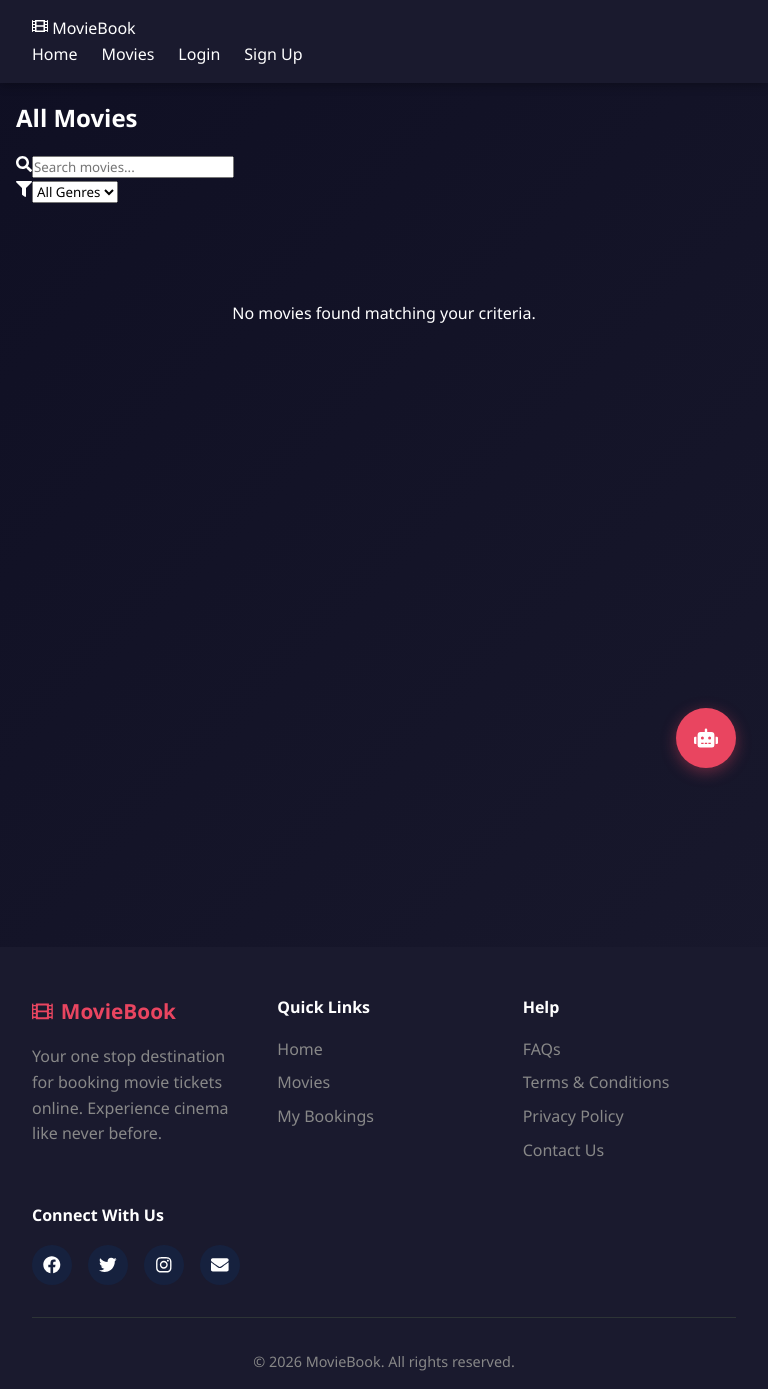
Repository: adithya11sci/movie_ticket_bookings
Page: /movies (app in frontend/)
These files come from the project's save history. The page is drawn as it stood at one moment and after the next save; the edit follows.
The browser window is 768 px wide. The pictures show the whole page.
The page's requests for data from a server got no answer. The project was rebuilt for these pictures with package versions that can differ from the ones it lists, and the page was loaded fresh each time. No one was signed in, and anything a server would have sent is missing. Also part of the build but not shown: frontend/vite.config.js, frontend/src/components/MovieCard.css, frontend/src/components/MovieCard.jsx, frontend/src/pages/Home.jsx, frontend/src/pages/Auth.css, frontend/src/pages/Login.jsx, frontend/src/pages/Register.jsx, frontend/src/pages/MovieDetails.css and 17 more.

Above is the page before, as saved 2026-02-02 12:07:03.

### frontend/index.html
<!doctype html>
<html lang="en">
  <head>
    <meta charset="UTF-8" />
    <link rel="icon" href="data:[embedded picture, 141 characters]" />
    <meta name="viewport" content="width=device-width, initial-scale=1.0" />
    <title>MovieBook - Book Movie Tickets Online</title>
  </head>
  <body>
    <div id="root"></div>
    <script type="module" src="/src/main.jsx"></script>
  </body>
</html>

### frontend/src/index.css
* {
    margin: 0;
    padding: 0;
    box-sizing: border-box;
}

body {
    font-family: 'Segoe UI', Tahoma, Geneva, Verdana, sans-serif;
    background: #0f0f23;
    color: #fff;
    line-height: 1.6;
}

a {
    text-decoration: none;
    color: inherit;
}

button {
    cursor: pointer;
    font-family: inherit;
}

input, select, textarea {
    font-family: inherit;
}

### frontend/src/App.jsx
import { BrowserRouter as Router, Routes, Route } from 'react-router-dom';
import { ToastContainer } from 'react-toastify';
import 'react-toastify/dist/ReactToastify.css';
import { AuthProvider } from './context/AuthContext';

// Components
import Navbar from './components/Navbar';
import Footer from './components/Footer';
import Chatbot from './components/Chatbot';

// Pages
import Home from './pages/Home';
import Movies from './pages/Movies';
import Login from './pages/Login';
import Register from './pages/Register';
import MovieDetails from './pages/MovieDetails';
import BookingPage from './pages/BookingPage';
import PaymentPage from './pages/PaymentPage';
import MyBookings from './pages/MyBookings';

// Admin Pages
import AdminDashboard from './pages/admin/AdminDashboard';
import ManageMovies from './pages/admin/ManageMovies';
import ManageTheaters from './pages/admin/ManageTheaters';
import ManageShowtimes from './pages/admin/ManageShowtimes';
import ManageBookings from './pages/admin/ManageBookings';
import ManageUsers from './pages/admin/ManageUsers';

import './App.css';

function App() {
    return (
        <AuthProvider>
            <Router>
                <div className="app">
                    <Navbar />
                    <main>
                        <Routes>
                            <Route path="/" element={<Home />} />
                            <Route path="/login" element={<Login />} />
                            <Route path="/register" element={<Register />} />
                            <Route path="/movie/:id" element={<MovieDetails />} />
                            <Route path="/movies" element={<Movies />} />
                            <Route path="/booking/:showtimeId" element={<BookingPage />} />
                            <Route path="/payment/:bookingId" element={<PaymentPage />} />
                            <Route path="/my-bookings" element={<MyBookings />} />

                            {/* Admin Routes */}
                            <Route path="/admin" element={<AdminDashboard />} />
                            <Route path="/admin/movies" element={<ManageMovies />} />
                            <Route path="/admin/theaters" element={<ManageTheaters />} />
                            <Route path="/admin/showtimes" element={<ManageShowtimes />} />
                            <Route path="/admin/bookings" element={<ManageBookings />} />
                            <Route path="/admin/users" element={<ManageUsers />} />
                        </Routes>
                    </main>
                    <Footer />
                    <Chatbot />
                    <ToastContainer
                        position="top-right"
                        autoClose={3000}
                        theme="dark"
                    />
                </div>
            </Router>
        </AuthProvider>
    );
}

export default App;

### frontend/src/context/AuthContext.jsx
import { createContext, useState, useEffect } from 'react';

export const AuthContext = createContext();

export const AuthProvider = ({ children }) => {
    const [user, setUser] = useState(null);
    const [loading, setLoading] = useState(true);

    // check if user is already logged in
    useEffect(() => {
        const storedUser = localStorage.getItem('user');
        if (storedUser) {
            setUser(JSON.parse(storedUser));
        }
        setLoading(false);
    }, []);

    // login function
    const login = (userData) => {
        setUser(userData);
        localStorage.setItem('user', JSON.stringify(userData));
    };

    // logout function
    const logout = () => {
        setUser(null);
        localStorage.removeItem('user');
    };

    return (
        <AuthContext.Provider value={{ user, login, logout, loading }}>
            {children}
        </AuthContext.Provider>
    );
};

### frontend/src/components/Navbar.jsx
import { Link, useNavigate } from 'react-router-dom';
import { useContext } from 'react';
import { AuthContext } from '../context/AuthContext';
import { FaFilm, FaUser, FaSignOutAlt } from 'react-icons/fa';
import './Navbar.css';

const Navbar = () => {
    const { user, logout } = useContext(AuthContext);
    const navigate = useNavigate();

    const handleLogout = () => {
        logout();
        navigate('/');
    };

    return (
        <nav className="navbar">
            <div className="nav-container">
                <Link to="/" className="nav-logo">
                    <FaFilm /> MovieBook
                </Link>

                <div className="nav-links">
                    <Link to="/" className="nav-link">Home</Link>
                    <Link to="/movies" className="nav-link">Movies</Link>

                    {user ? (
                        <>
                            <Link to="/my-bookings" className="nav-link">My Bookings</Link>
                            {user.role === 'admin' && (
                                <Link to="/admin" className="nav-link">Admin</Link>
                            )}
                            <div className="user-menu">
                                <span className="user-name">
                                    <FaUser /> {user.name}
                                </span>
                                <button onClick={handleLogout} className="logout-btn">
                                    <FaSignOutAlt /> Logout
                                </button>
                            </div>
                        </>
                    ) : (
                        <>
                            <Link to="/login" className="nav-link">Login</Link>
                            <Link to="/register" className="nav-link btn-register">Sign Up</Link>
                        </>
                    )}
                </div>
            </div>
        </nav>
    );
};

export default Navbar;

### frontend/src/components/Footer.jsx
import { Link } from 'react-router-dom';
import { FaFilm, FaFacebook, FaTwitter, FaInstagram, FaEnvelope } from 'react-icons/fa';
import './Footer.css';

const Footer = () => {
    return (
        <footer className="footer">
            <div className="footer-container">
                <div className="footer-section">
                    <h3><FaFilm /> MovieBook</h3>
                    <p>Your one stop destination for booking movie tickets online. Experience cinema like never before.</p>
                </div>

                <div className="footer-section">
                    <h4>Quick Links</h4>
                    <ul>
                        <li><Link to="/">Home</Link></li>
                        <li><Link to="/movies">Movies</Link></li>
                        <li><Link to="/my-bookings">My Bookings</Link></li>
                    </ul>
                </div>

                <div className="footer-section">
                    <h4>Help</h4>
                    <ul>
                        <li><a href="#">FAQs</a></li>
                        <li><a href="#">Terms & Conditions</a></li>
                        <li><a href="#">Privacy Policy</a></li>
                        <li><a href="#">Contact Us</a></li>
                    </ul>
                </div>

                <div className="footer-section">
                    <h4>Connect With Us</h4>
                    <div className="social-links">
                        <a href="#"><FaFacebook /></a>
                        <a href="#"><FaTwitter /></a>
                        <a href="#"><FaInstagram /></a>
                        <a href="#"><FaEnvelope /></a>
                    </div>
                </div>
            </div>

            <div className="footer-bottom">
                <p>&copy; 2026 MovieBook. All rights reserved.</p>
            </div>
        </footer>
    );
};

export default Footer;

### frontend/src/pages/Movies.jsx
import { useState, useEffect } from 'react';
import API from '../api/axios';
import MovieCard from '../components/MovieCard';
import { FaSearch, FaFilter } from 'react-icons/fa';
import './Movies.css';

const Movies = () => {
    const [movies, setMovies] = useState([]);
    const [filteredMovies, setFilteredMovies] = useState([]);
    const [loading, setLoading] = useState(true);
    const [searchQuery, setSearchQuery] = useState('');
    const [selectedGenre, setSelectedGenre] = useState('all');
    const [genres, setGenres] = useState([]);

    useEffect(() => {
        fetchMovies();
    }, []);

    const fetchMovies = async () => {
        try {
            const res = await API.get('/movies');
            setMovies(res.data);
            setFilteredMovies(res.data);

            // extract unique genres from movies
            const allGenres = res.data.flatMap(m => m.genre || []);
            const uniqueGenres = [...new Set(allGenres)];
            setGenres(uniqueGenres);
        } catch (error) {
            console.log('Error:', error);
        } finally {
            setLoading(false);
        }
    };

    // filter movies when search or genre changes
    useEffect(() => {
        let result = movies;

        // filter by search
        if (searchQuery) {
            result = result.filter(m =>
                m.title.toLowerCase().includes(searchQuery.toLowerCase())
            );
        }

        // filter by genre
        if (selectedGenre !== 'all') {
            result = result.filter(m =>
                m.genre?.includes(selectedGenre)
            );
        }

        setFilteredMovies(result);
    }, [searchQuery, selectedGenre, movies]);

    return (
        <div className="movies-page">
            <div className="movies-header">
                <h1>All Movies</h1>

                <div className="filters">
                    <div className="search-box">
                        <FaSearch />
                        <input
                            type="text"
                            placeholder="Search movies..."
                            value={searchQuery}
                            onChange={(e) => setSearchQuery(e.target.value)}
                        />
                    </div>

                    <div className="genre-filter">
                        <FaFilter />
                        <select
                            value={selectedGenre}
                            onChange={(e) => setSelectedGenre(e.target.value)}
                        >
                            <option value="all">All Genres</option>
                            {genres.map(genre => (
                                <option key={genre} value={genre}>{genre}</option>
                            ))}
                        </select>
                    </div>
                </div>
            </div>

            {loading ? (
                <div className="loading">Loading movies...</div>
            ) : filteredMovies.length > 0 ? (
                <div className="movies-grid">
                    {filteredMovies.map(movie => (
                        <MovieCard key={movie._id} movie={movie} />
                    ))}
                </div>
            ) : (
                <div className="no-movies">
                    <p>No movies found matching your criteria.</p>
                </div>
            )}
        </div>
    );
};

export default Movies;

### frontend/src/App.css
/* Global App Styles */
.app {
    min-height: 100vh;
    background: linear-gradient(135deg, #0f0f23 0%, #1a1a2e 100%);
}

main {
    min-height: calc(100vh - 70px);
}

/* Loading and Error Pages */
.loading-page, .error-page {
    display: flex;
    align-items: center;
    justify-content: center;
    height: 50vh;
    color: #888;
    font-size: 1.2rem;
}

/* Scrollbar Styles */
::-webkit-scrollbar {
    width: 8px;
}

::-webkit-scrollbar-track {
    background: #1a1a2e;
}

::-webkit-scrollbar-thumb {
    background: #e94560;
    border-radius: 5px;
}

### frontend/src/components/Navbar.css
.navbar {
    background: #1a1a2e;
    padding: 1rem 2rem;
    display: flex;
    justify-content: space-between;
    align-items: center;
    position: sticky;
    top: 0;
    z-index: 100;
    box-shadow: 0 2px 10px rgba(0, 0, 0, 0.3);
}

.nav-brand a {
    color: #e94560;
    font-size: 1.5rem;
    font-weight: bold;
}

.nav-search {
    flex: 1;
    max-width: 400px;
    margin: 0 2rem;
    position: relative;
}

.nav-search input {
    width: 100%;
    padding: 0.7rem 1rem 0.7rem 2.5rem;
    border: none;
    border-radius: 25px;
    background: #16213e;
    color: #fff;
    font-size: 0.9rem;
}

.nav-search input::placeholder {
    color: #888;
}

.nav-search i {
    position: absolute;
    left: 1rem;
    top: 50%;
    transform: translateY(-50%);
    color: #888;
}

.nav-links {
    display: flex;
    align-items: center;
    gap: 1.5rem;
}

.nav-links a {
    color: #fff;
    transition: color 0.3s;
}

.nav-links a:hover {
    color: #e94560;
}

.nav-links .admin-link {
    background: #e94560;
    padding: 0.5rem 1rem;
    border-radius: 5px;
}

.nav-links .admin-link:hover {
    background: #ff6b6b;
    color: #fff;
}

/* Search Results Dropdown */
.search-results {
    position: absolute;
    top: 100%;
    left: 0;
    right: 0;
    background: #1a1a2e;
    border-radius: 10px;
    margin-top: 0.5rem;
    max-height: 400px;
    overflow-y: auto;
    box-shadow: 0 5px 20px rgba(0, 0, 0, 0.5);
    z-index: 1000;
}

.search-result-item {
    display: flex;
    align-items: center;
    gap: 1rem;
    padding: 0.8rem 1rem;
    cursor: pointer;
    transition: background 0.3s;
}

.search-result-item:hover {
    background: #16213e;
}

.search-result-item img {
    width: 40px;
    height: 60px;
    object-fit: cover;
    border-radius: 5px;
}

.search-result-info h4 {
    color: #fff;
    font-size: 0.9rem;
    margin-bottom: 0.2rem;
}

.search-result-info p {
    color: #888;
    font-size: 0.75rem;
}

.no-results {
    padding: 1rem;
    text-align: center;
    color: #888;
}

@media (max-width: 768px) {
    .navbar {
        flex-wrap: wrap;
        gap: 1rem;
    }

    .nav-search {
        order: 3;
        max-width: 100%;
        margin: 0;
        width: 100%;
    }
}

### frontend/src/components/Footer.css
.footer {
    background: #1a1a2e;
    padding: 3rem 2rem 1rem;
    margin-top: 4rem;
}

.footer-container {
    max-width: 1200px;
    margin: 0 auto;
    display: grid;
    grid-template-columns: repeat(auto-fit, minmax(200px, 1fr));
    gap: 2rem;
}

.footer-section h3 {
    color: #e94560;
    font-size: 1.3rem;
    margin-bottom: 1rem;
    display: flex;
    align-items: center;
    gap: 0.5rem;
}

.footer-section h4 {
    color: #fff;
    margin-bottom: 1rem;
}

.footer-section p {
    color: #888;
    line-height: 1.6;
}

.footer-section ul {
    list-style: none;
}

.footer-section ul li {
    margin-bottom: 0.5rem;
}

.footer-section ul li a {
    color: #888;
    text-decoration: none;
    transition: color 0.3s;
}

.footer-section ul li a:hover {
    color: #e94560;
}

.social-links {
    display: flex;
    gap: 1rem;
}

.social-links a {
    width: 40px;
    height: 40px;
    background: #16213e;
    color: #fff;
    border-radius: 50%;
    display: flex;
    align-items: center;
    justify-content: center;
    font-size: 1.1rem;
    transition: all 0.3s;
}

.social-links a:hover {
    background: #e94560;
    transform: translateY(-3px);
}

.footer-bottom {
    text-align: center;
    padding-top: 2rem;
    margin-top: 2rem;
    border-top: 1px solid #2d3436;
}

.footer-bottom p {
    color: #888;
    font-size: 0.9rem;
}

### frontend/src/components/Chatbot.css
.chatbot-container {
    position: fixed;
    bottom: 2rem;
    right: 2rem;
    z-index: 999;
}

.chat-toggle {
    width: 60px;
    height: 60px;
    border-radius: 50%;
    background: #e94560;
    color: #fff;
    border: none;
    font-size: 1.5rem;
    cursor: pointer;
    display: flex;
    align-items: center;
    justify-content: center;
    box-shadow: 0 4px 15px rgba(233, 69, 96, 0.4);
    transition: all 0.3s;
}

.chat-toggle:hover {
    transform: scale(1.1);
}

.chat-toggle.active {
    background: #2d3436;
}

.chat-window {
    position: absolute;
    bottom: 80px;
    right: 0;
    width: 350px;
    height: 450px;
    background: #1a1a2e;
    border-radius: 15px;
    box-shadow: 0 10px 30px rgba(0, 0, 0, 0.5);
    display: flex;
    flex-direction: column;
    overflow: hidden;
}

.chat-header {
    background: linear-gradient(135deg, #e94560, #16213e);
    padding: 1rem;
    display: flex;
    align-items: center;
    gap: 0.5rem;
    color: #fff;
    font-weight: bold;
}

.chat-messages {
    flex: 1;
    padding: 1rem;
    overflow-y: auto;
    display: flex;
    flex-direction: column;
    gap: 0.8rem;
}

.message {
    max-width: 80%;
    padding: 0.8rem 1rem;
    border-radius: 15px;
    line-height: 1.4;
    white-space: pre-line;
}

.message.bot {
    background: #16213e;
    color: #fff;
    align-self: flex-start;
    border-bottom-left-radius: 5px;
}

.message.user {
    background: #e94560;
    color: #fff;
    align-self: flex-end;
    border-bottom-right-radius: 5px;
}

.chat-input {
    padding: 1rem;
    background: #16213e;
    display: flex;
    gap: 0.5rem;
}

.chat-input input {
    flex: 1;
    padding: 0.8rem 1rem;
    border: none;
    border-radius: 25px;
    background: #1a1a2e;
    color: #fff;
    font-size: 0.9rem;
}

.chat-input input:focus {
    outline: none;
}

.chat-input input::placeholder {
    color: #636e72;
}

.chat-input button {
    width: 40px;
    height: 40px;
    border-radius: 50%;
    background: #e94560;
    color: #fff;
    border: none;
    cursor: pointer;
    display: flex;
    align-items: center;
    justify-content: center;
    transition: background 0.3s;
}

.chat-input button:hover {
    background: #ff6b6b;
}

/* scrollbar styles */
.chat-messages::-webkit-scrollbar {
    width: 5px;
}

.chat-messages::-webkit-scrollbar-track {
    background: #16213e;
}

.chat-messages::-webkit-scrollbar-thumb {
    background: #e94560;
    border-radius: 5px;
}

/* responsive */
@media (max-width: 480px) {
    .chat-window {
        width: calc(100vw - 2rem);
        right: -1rem;
    }
}

### frontend/src/pages/Movies.css
/* Movies.css - Professional Clean Design */

.movies-page {
    min-height: 100vh;
    padding: 2rem;
    background: var(--bg-light);
}

.movies-container {
    max-width: 1400px;
    margin: 0 auto;
}

.movies-header {
    display: flex;
    justify-content: space-between;
    align-items: center;
    margin-bottom: 2rem;
    flex-wrap: wrap;
    gap: 1rem;
}

.movies-header h1 {
    color: var(--text-dark);
    font-size: 1.75rem;
    font-weight: 700;
}

.filter-tabs {
    display: flex;
    gap: 0.5rem;
}

.filter-tab {
    padding: 0.6rem 1.25rem;
    border: 1px solid var(--border-light);
    border-radius: 20px;
    background: var(--bg-white);
    color: var(--text-secondary);
    cursor: pointer;
    font-size: 0.9rem;
    font-weight: 500;
    transition: all 0.2s ease;
}

.filter-tab:hover {
    border-color: var(--primary);
    color: var(--primary);
}

.filter-tab.active {
    background: var(--primary);
    border-color: var(--primary);
    color: var(--text-light);
}

.movies-grid {
    display: grid;
    grid-template-columns: repeat(auto-fill, minmax(200px, 1fr));
    gap: 1.5rem;
}

.no-movies {
    text-align: center;
    color: var(--text-muted);
    padding: 4rem 2rem;
    background: var(--bg-white);
    border-radius: 8px;
}

/* Responsive */
@media (max-width: 768px) {
    .movies-page {
        padding: 1rem;
    }

    .movies-header {
        flex-direction: column;
        align-items: flex-start;
    }

    .movies-header h1 {
        font-size: 1.5rem;
    }

    .movies-grid {
        grid-template-columns: repeat(auto-fill, minmax(150px, 1fr));
        gap: 1rem;
    }
}

Loaded but not shown: frontend/src/main.jsx (common file); frontend/src/api/axios.js (21 lines, source omitted); frontend/src/components/Chatbot.jsx (146 lines, source omitted); frontend/src/pages/Home.css (209 lines, source omitted)

After the next save:
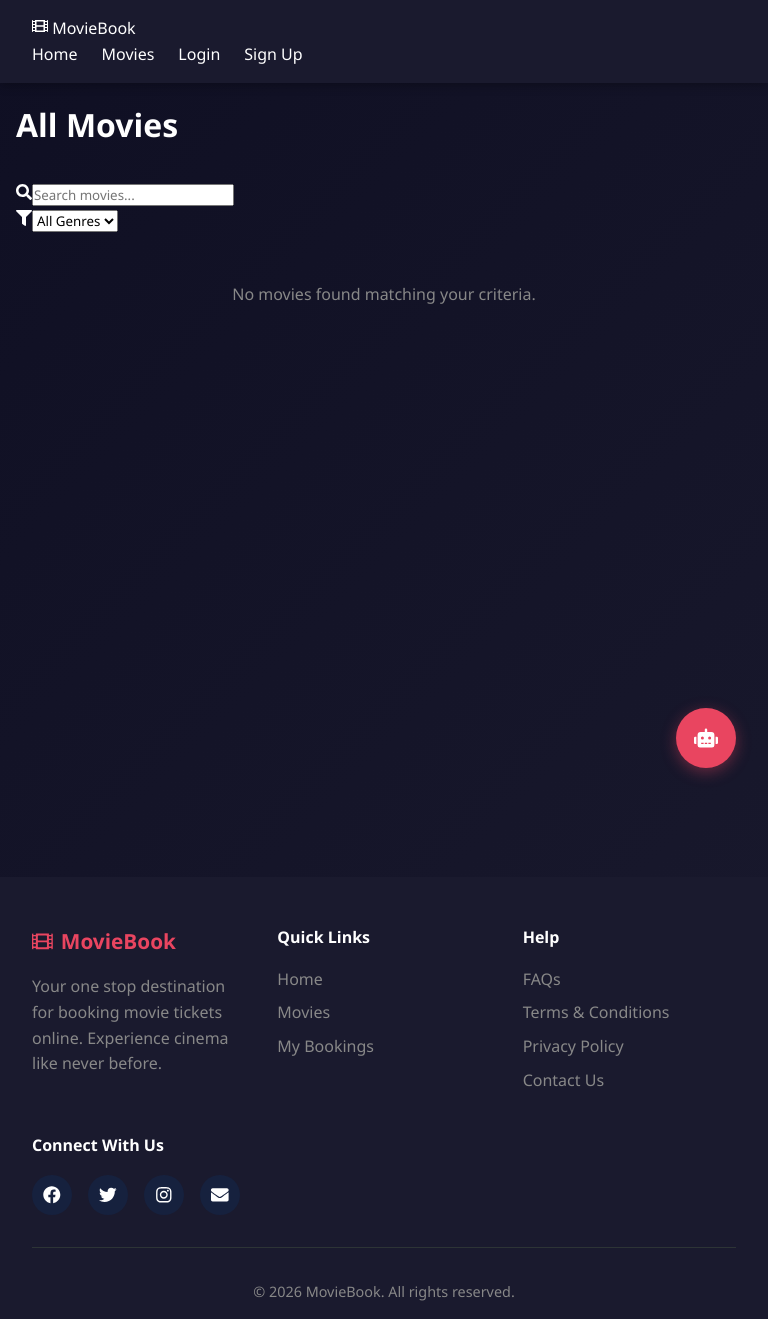
Saved 80 s later.
--- a/frontend/src/pages/Movies.css
+++ b/frontend/src/pages/Movies.css
@@ -1,57 +1,31 @@
-/* Movies.css - Professional Clean Design */
-
 .movies-page {
-    min-height: 100vh;
     padding: 2rem;
-    background: var(--bg-light);
 }
 
-.movies-container {
-    max-width: 1400px;
-    margin: 0 auto;
-}
-
-.movies-header {
-    display: flex;
-    justify-content: space-between;
-    align-items: center;
+.movies-page h1 {
     margin-bottom: 2rem;
-    flex-wrap: wrap;
-    gap: 1rem;
-}
-
-.movies-header h1 {
-    color: var(--text-dark);
-    font-size: 1.75rem;
-    font-weight: 700;
 }
 
 .filter-tabs {
     display: flex;
-    gap: 0.5rem;
+    gap: 1rem;
+    margin-bottom: 2rem;
+    flex-wrap: wrap;
 }
 
 .filter-tab {
-    padding: 0.6rem 1.25rem;
-    border: 1px solid var(--border-light);
-    border-radius: 20px;
-    background: var(--bg-white);
-    color: var(--text-secondary);
+    padding: 0.6rem 1.5rem;
+    border: 1px solid #e94560;
+    border-radius: 25px;
+    background: transparent;
+    color: #e94560;
     cursor: pointer;
-    font-size: 0.9rem;
-    font-weight: 500;
-    transition: all 0.2s ease;
+    transition: all 0.3s;
 }
 
-.filter-tab:hover {
-    border-color: var(--primary);
-    color: var(--primary);
-}
-
-.filter-tab.active {
-    background: var(--primary);
-    border-color: var(--primary);
-    color: var(--text-light);
+.filter-tab:hover, .filter-tab.active {
+    background: #e94560;
+    color: #fff;
 }
 
 .movies-grid {
@@ -62,29 +36,16 @@
 
 .no-movies {
     text-align: center;
-    color: var(--text-muted);
-    padding: 4rem 2rem;
-    background: var(--bg-white);
-    border-radius: 8px;
+    color: #888;
+    padding: 3rem;
 }
 
-/* Responsive */
 @media (max-width: 768px) {
     .movies-page {
         padding: 1rem;
     }
 
-    .movies-header {
-        flex-direction: column;
-        align-items: flex-start;
-    }
-
-    .movies-header h1 {
-        font-size: 1.5rem;
-    }
-
     .movies-grid {
         grid-template-columns: repeat(auto-fill, minmax(150px, 1fr));
-        gap: 1rem;
     }
 }
